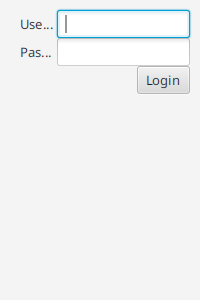
Repository: Tomcat-Seaotter/Java
Program's window: java code14/Lesson41/src/code14/Lesson43.java
The author's editor kept a copy of each file at every save. The program's window is drawn from the files as they stood at one save, then again after the next save.
It runs on Java 21 on a 1366 x 768 screen with JavaFX 11; the title bar is not drawn.

Above is the program's window before, as saved 2018-12-24 03:00:59.

### code14/Lesson41/src/code14/Lesson43.java
package code14;

import javafx.application.Application;
import javafx.geometry.HPos;
import javafx.geometry.Insets;
import javafx.scene.Scene;
import javafx.scene.control.Button;
import javafx.scene.control.Label;
import javafx.scene.control.TextField;
import javafx.scene.layout.GridPane;
import javafx.stage.Stage;

public class Lesson43 extends Application {

	@Override
	public void start(Stage stage) throws Exception {
		// TODO Auto-generated method stub
		GridPane pane1 = new GridPane();
		pane1.setPadding(new Insets(10,10,20,20));
		Label lab1 = new Label("UserName");
		Label lab2 = new Label("Passowrd");
		TextField tx1 = new TextField();
		TextField tx2 = new TextField();
		Button btn1 = new Button("Login");
		GridPane.setHalignment(lab1,HPos.RIGHT);
		pane1.add(lab1, 0, 0);
		GridPane.setHalignment(lab2,HPos.RIGHT);
		pane1.add(lab2, 0, 1);
		GridPane.setHalignment(tx1,HPos.RIGHT);
		pane1.add(tx1, 1, 0);
		GridPane.setHalignment(tx2,HPos.RIGHT);
		pane1.add(tx2, 1, 1);
		GridPane.setHalignment(btn1,HPos.RIGHT);
		pane1.add(btn1, 1, 2);
		Scene scene1 = new Scene(pane1,200,300);
		stage.setTitle("GridPane");
		stage.setScene(scene1);
		stage.show();

	}

	public static void main(String[] args) {
		// TODO Auto-generated method stub
		Application.launch(args);
	}

}

After the next save:
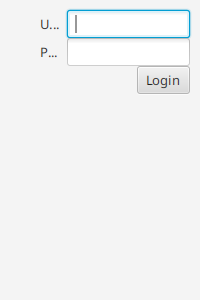
Saved 72 s later.
--- a/code14/Lesson41/src/code14/Lesson43.java
+++ b/code14/Lesson41/src/code14/Lesson43.java
@@ -16,7 +16,7 @@
 	public void start(Stage stage) throws Exception {
 		// TODO Auto-generated method stub
 		GridPane pane1 = new GridPane();
-		pane1.setPadding(new Insets(10,10,20,20));
+		pane1.setPadding(new Insets(10,10,40,40));
 		Label lab1 = new Label("UserName");
 		Label lab2 = new Label("Passowrd");
 		TextField tx1 = new TextField();
